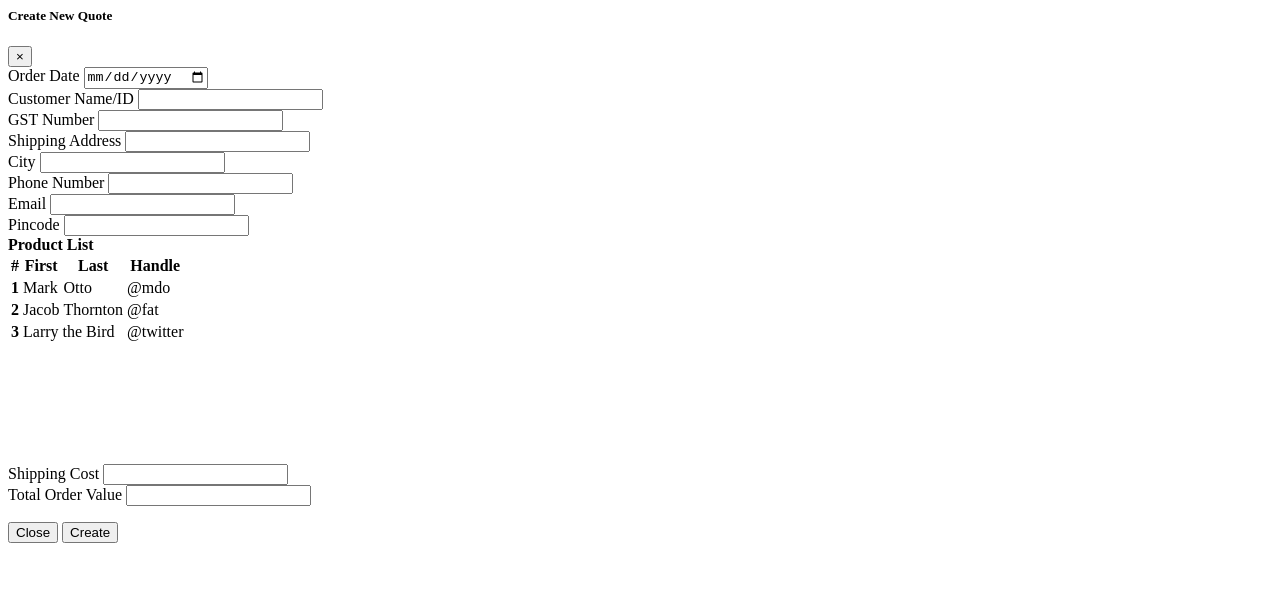
Repository: hrishibhattu/CodeFury-Internal-2
Page: ToYoDo/WebContent/WEB-INF/modal/quote.html
The author's editor kept a copy of each file at every save. The page is drawn from the files as they stood at one save, then again after the next save.
The browser window is 1280 px wide. The pictures show the whole page.

Above is the page before, as saved 2021-09-19 07:09:56.

After the next save:
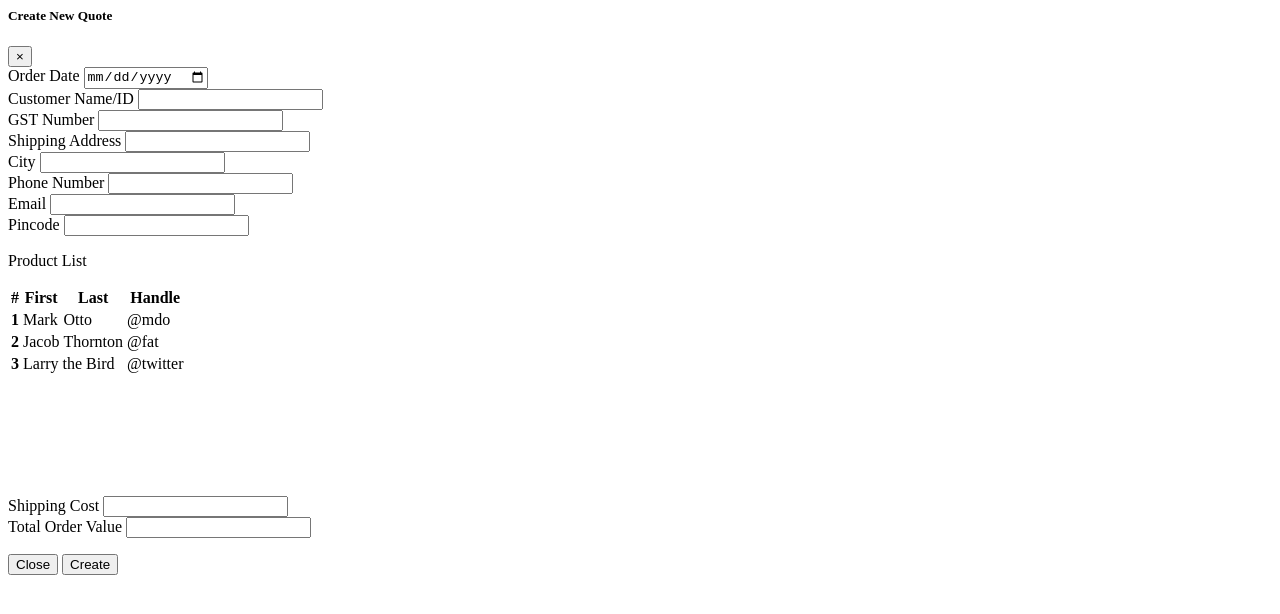
Saved 26 s later.
--- a/ToYoDo/WebContent/WEB-INF/modal/quote.html
+++ b/ToYoDo/WebContent/WEB-INF/modal/quote.html
@@ -53,7 +53,7 @@
 							class="form-control" id="pincode">
 						</div>
 					</div>
-					<strong>Product List</strong>
+					<p>Product List</p>
 					<div class="container-fluid" style="height: 210px; overflow-y: auto;">
 					    <div class="row">
 						      <table class="table table-hover table-sm">
